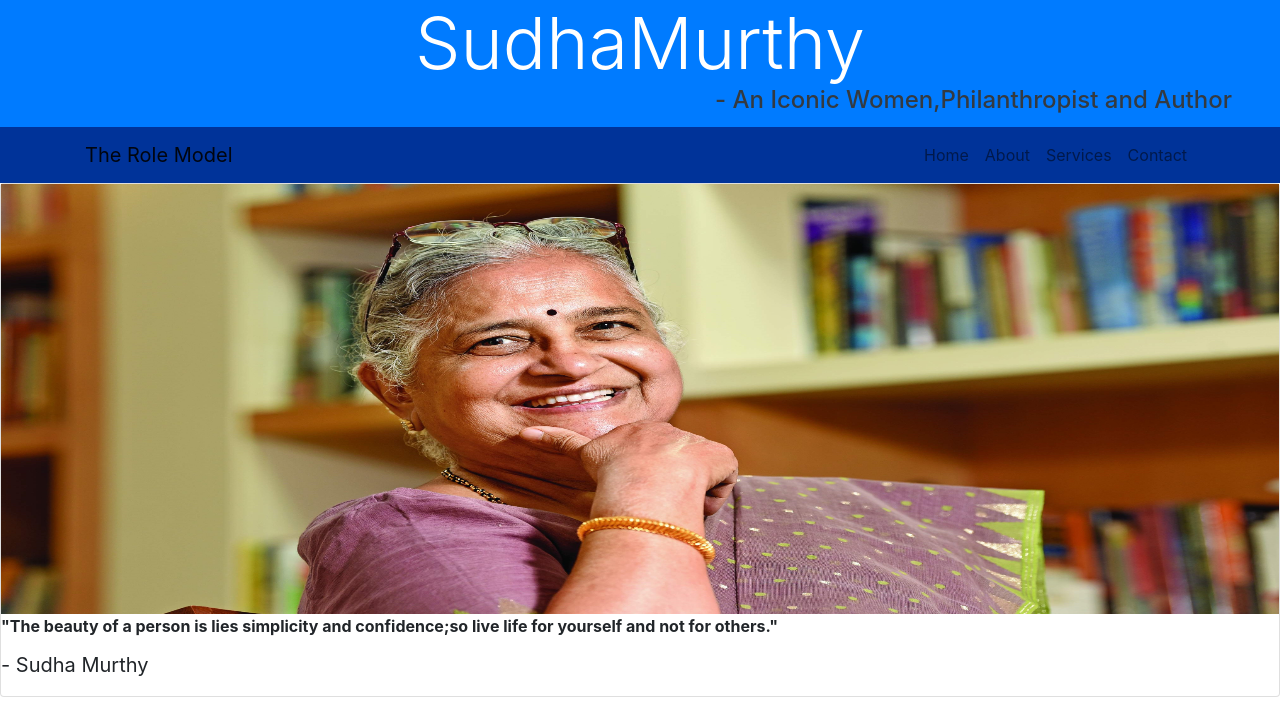
Repository: sumanthr18/RoleModel
Page: index.html
These files come from the project's save history. The page is drawn as it stood at one moment and after the next save; the edit follows.
The browser window is 1280 px wide. The pictures show the whole page.

Above is the page before, as saved 2020-03-14 17:19:05.

After the next save:
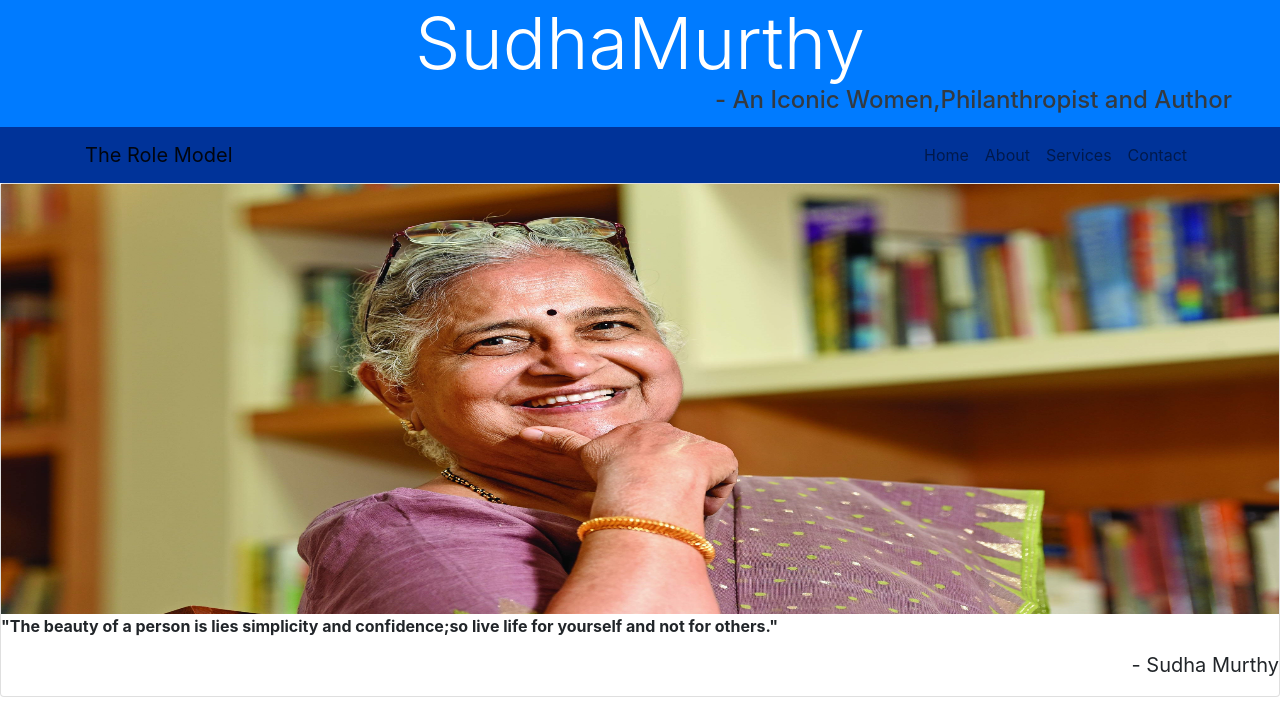
Saved 17 s later.
--- a/index.html
+++ b/index.html
@@ -38,7 +38,7 @@
     <div class="card">
         <img class="" style="width:100%;height:430px" src="Sudha_Murty_1-update.jpg">
         <div class="card-title" style="font-weight: bold;">"The beauty of a person is lies simplicity and confidence;so live life for yourself and not for others."</div>
-        <footer class="blockquote text-footer">- Sudha Murthy</footer>
+        <footer class="blockquote text-right">- Sudha Murthy</footer>
     </div>
 </body>
 </html>
